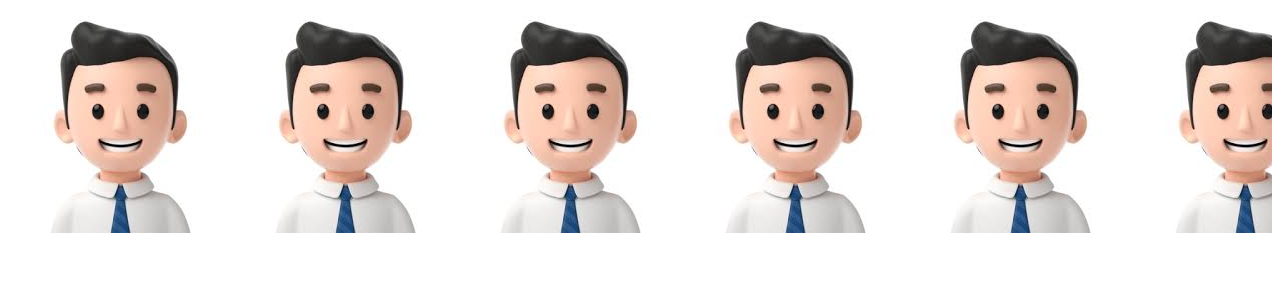
Repository: KHANas02/live-stream
Page: contact.html
An editor plug-in stored every save of this project. The page is shown before and after a run of saves, followed by the edit.
The browser window is 1280 px wide. The pictures show the whole page.

Above is the page before, as saved 2024-03-25 07:02:36.

### contact.html
<!DOCTYPE html>
<html lang="en">
<head>
    <meta charset="UTF-8">
    <meta name="viewport" content="width=device-width, initial-scale=1.0">
    <title>Contact with us</title>
    <link rel="stylesheet" href="./index.html">
</head>
<style>
    .avatar{
        background-image:url(data:[embedded picture, 5823 characters]);
        border
    }
</style>
<body>
    <div class="container">
  <div class="contact-card">
    <div class="avatar"><img src="data:[embedded picture, 5823 characters]" alt=""></div>
    <div class="text"></div>
  </div>
  <div class="contact-card">
    <div class="avatar"></div>
    <div class="text"></div>
  </div>
  <div id="magnifying-glass">
    <div id="glass"></div>
    <div id="handle">
       </div>
</body>
</html>

### index.html
<!DOCTYPE html>
<html lang="en">
  <head>
    <meta charset="UTF-8" />
    <head name="viewport" content="width=device-width, initial-scale=1.0">
      <title>Englify Live_stream</title>
      <link rel="stylesheet" href="./style.css" />
    </head>
    <style>
      .div1Img {
        font-size: 70px;
        font-family: serif;
        font-weight: 100;
        color: rgb(255, 0, 157);
        position: relative;
        left: 25px;
        top: 70px;
      }
      .div2 {
        font-size: 70px;
        font-family: serif;
        font-weight: 100;
        color: rgb(255, 0, 157);
        position: relative;
        left: 25px;
        top: 70px;
      }
      .div3 {
        font-size: 70px;
        font-family: serif;
        font-weight: 100;
        color: rgb(255, 0, 157);
        position: relative;
        left: 25px;
        top: 450px;
      }
    </style>
    <html>
      <body>
        <div class="div1">
          <div class="div1Img">JOIN TO OUR LIVE STREAM</div>
        </div>
        <div class="div2">
          Todat at 21:00 <br />
          Only with coffee
        </div>
        <div class="div3">
          Our on the telegram
          <br />
          @englify_asp <br />
          And join to us
        </div>
        <div class="hamburger-menu">
          <input id="menu__toggle" type="checkbox" />
          <label class="menu__btn" for="menu__toggle">
            <span></span>
          </label>

          <ul class="menu__box">
            <li><a class="menu__item" href="index.html">Главная</a></li>
            <li>
              <a class="menu__item" href="speaking.html"
                >Speaking полезная функция</a
              >
            </li>
            <li><a class="menu__item" href="group.html">участники прямой трансляции</a></li>
            <li><a class="menu__item" href="#">Блог</a></li>
            <li><a class="menu__item" href="contact.html">Контакты</a></li>
          </ul>
        </div>
      </body>
    </html>
  </head>
</html>

After the next 3 saves:
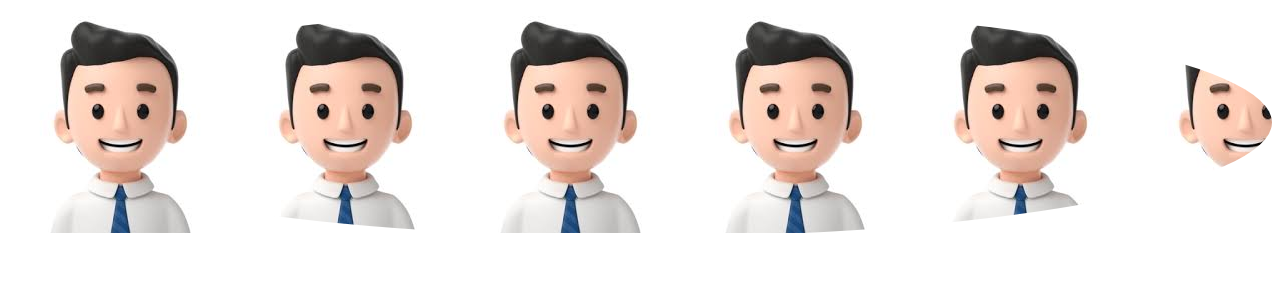
The 3 saves are shown as one change because they came seconds apart.
The last was saved 11 s later.
--- a/contact.html
+++ b/contact.html
@@ -9,7 +9,7 @@
 <style>
     .avatar{
         background-image:url(data:[embedded picture, 5823 characters]);
-        border
+        border-radius: 50%;
     }
 </style>
 <body>

After the save that followed:
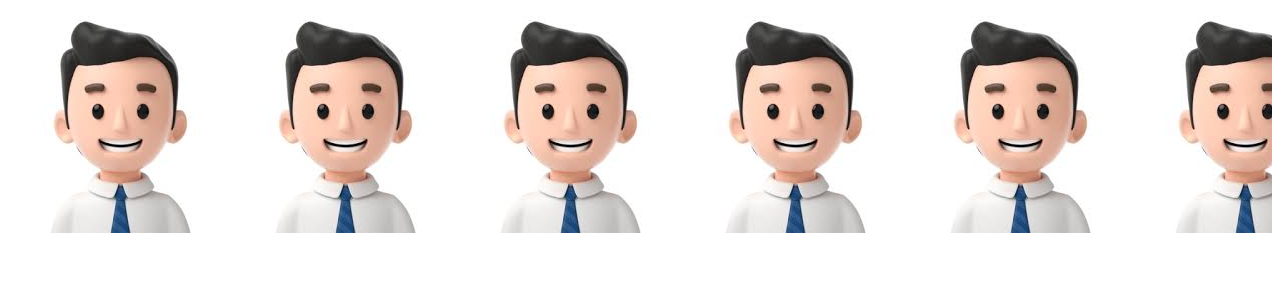
Saved 64 s later.
--- a/contact.html
+++ b/contact.html
@@ -9,7 +9,7 @@
 <style>
     .avatar{
         background-image:url(data:[embedded picture, 5823 characters]);
-        border-radius: 50%;
+       border
     }
 </style>
 <body>
